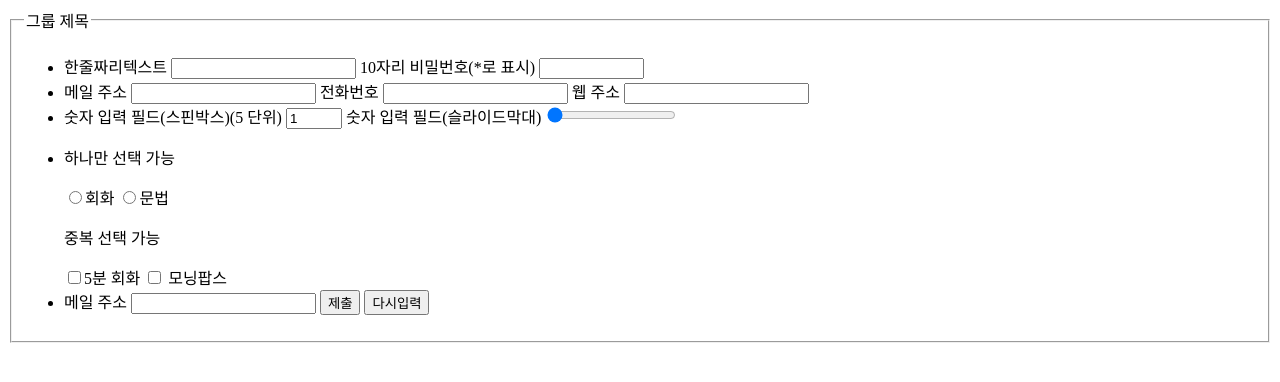
Repository: yeonddu/green_css
Page: web/pro01/songyeonsu/input2.html
An editor plug-in stored every save of this project. The page is shown before and after the next save, followed by the edit.
The browser window is 1280 px wide. The pictures show the whole page.

Above is the page before, as saved 2022-12-13 06:31:20.

### web/pro01/songyeonsu/input2.html
<!DOCTYPE html>
<html lang="ko">
<head>
<meta charset="utf-8">
<title>Insert title here</title>
</head>
<body>
<form>
<fieldset>
	<legend>그룹 제목</legend>
	<ul>
		<li>
				<label for="user_id">한줄짜리텍스트</label>
				<input type="text" id="user_id">
				<label for="user_pw">10자리 비밀번호(*로 표시)</label>
				<input type="password" id="user_pw" size="10">
		</li>
		<li>
			<label for="mail">메일 주소</label>
			<input type="email" id="mail">
			<label for="phone">전화번호</label>
			<input type="tel" id="phone">
			<label for="homep">웹 주소</label>
			<input type="url" id="homep">
		</li>
		<li>
			<label class="reg" for="stuffs">숫자 입력 필드(스핀박스)(5 단위)</label>
			<input type="number" id="stuffs" value="1" min="0" max="50" step="5">
			<label class="reg" for="satis">숫자 입력 필드(슬라이드막대)</label>
			<input type="range" id="satis" value="1" min="1" max="3">
		</li>
		<li>
			<p> 하나만 선택 가능</p>
			<label><input type="radio" name="subject" value="speaking">회화</label>
			<label><input type="radio" name="subject" value="grammer">문법</label>

			<p> 중복 선택 가능</p>
			<label><input type="checkbox" name="mailing" value="dialog">5분 회화</label>
			<label><input type="checkbox" name="mailing" value="pops"> 모닝팝스</label>
		</li>
		<li>
			<label> 메일 주소 <input type="text"></label>
			<input type="submit" value="제출">
			<input type="reset" value="다시입력">
		</li>
	</ul>
</fieldset>
</form>

</body>
</html>

After the next save:
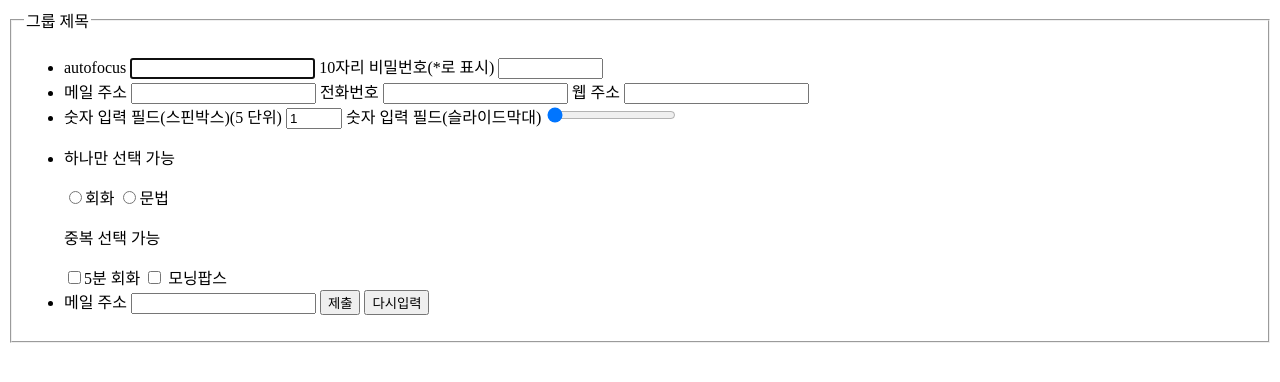
Saved 66 s later.
--- a/web/pro01/songyeonsu/input2.html
+++ b/web/pro01/songyeonsu/input2.html
@@ -10,10 +10,10 @@
 	<legend>그룹 제목</legend>
 	<ul>
 		<li>
-				<label for="user_id">한줄짜리텍스트</label>
-				<input type="text" id="user_id">
-				<label for="user_pw">10자리 비밀번호(*로 표시)</label>
-				<input type="password" id="user_pw" size="10">
+			<label>autofocus</label>
+			<input type="text" autofocus>
+			<label for="user_pw">10자리 비밀번호(*로 표시)</label>
+			<input type="password" id="user_pw" size="10">
 		</li>
 		<li>
 			<label for="mail">메일 주소</label>
